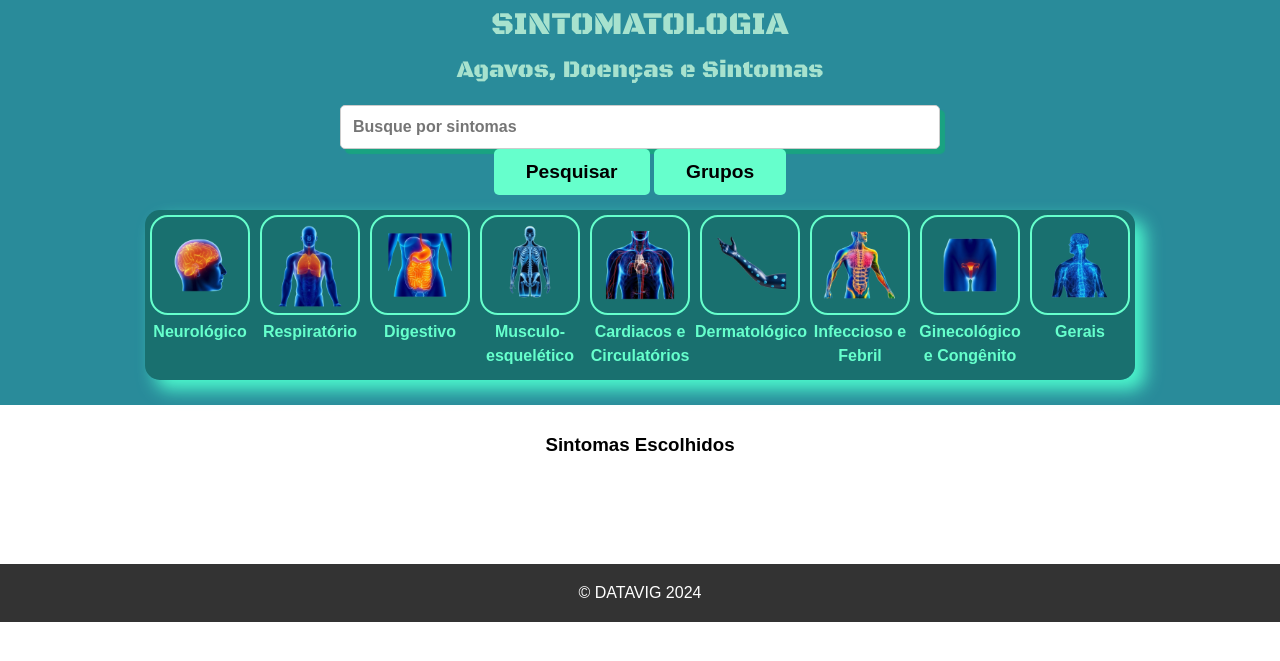
Repository: br-on/vigia
Page: index.html
These files come from the project's save history. The page is drawn as it stood at one moment and after the next save; the edit follows.
The browser window is 1280 px wide. The pictures show the whole page.
Some web fonts or font styles are not loaded; a fallback is used.

Above is the page before, as saved 2024-09-19 15:59:18.

After the next save:
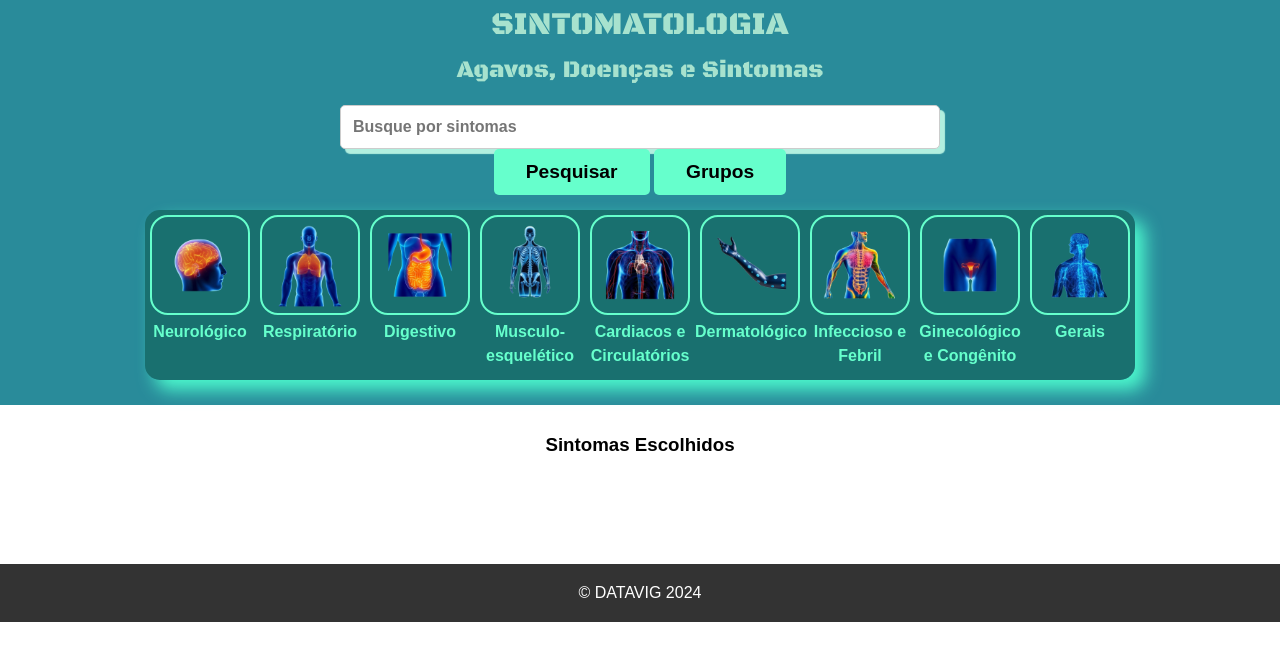
Saved 9 s later.
--- a/assets/style/style.css
+++ b/assets/style/style.css
@@ -57,7 +57,7 @@ h1, h2 {
     border: 1px solid #ccc;
     border-radius: 5px;
     font-size: 1rem;
-    box-shadow: 5px 5px 1px #19a381;
+    box-shadow: 5px 5px 1px #b1efdf;
 }
 
 .search button {
